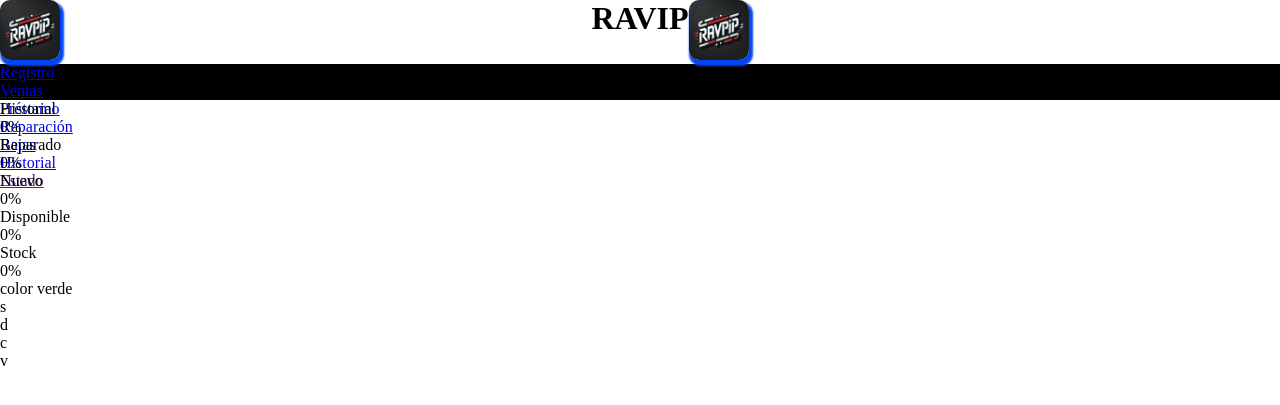
Repository: ye909/RAVPIP
Page: index.html
An editor plug-in stored every save of this project. The page is shown before and after the next save, followed by the edit.
The browser window is 1280 px wide. The pictures show the whole page.
The pointer rests on the first visible `li`.

Above is the page before, as saved 2025-04-03 12:17:32.

### index.html
<!DOCTYPE html>
<html lang="es">
<head>
    <meta charset="UTF-8">
    <meta name="viewport" content="width=device-width, initial-scale=1.0">
    <title>Estado</title>
    <link rel="stylesheet" href="./src/css/heder.css">
</head>
<body>

    <div class="containerTituloLogo">
        <div><img src="./src/imagenes/logo2.webp" alt="Logo" class="imglogo"></div>
        <div><h1>RAVIP</h1></div>
        <div><img src="./src/imagenes/logo2.webp" alt="Logo" class="imglogo"></div>
    </div>



        <!--
       <div> </div>
        <div><img src="./src/imagenes/logo2.webp" alt="Logo" class="imglogo"></div> -->

    <nav>
        <ul>
            <li><a href="./src/templei/registroPortatil.html" target="_self" aria-label="Abrir Registro">Registro</a></li>
            <li><a href="./src/templei/ventasPortatil.html" target="_self" aria-label="Abrir Ventas">Ventas</a></li>
            <li><a href="./src/templei/prestamoPortatil.html" target="_self" aria-label="Abrir >Préstamo">Préstamo</a></li>
            <li><a href="./src/templei/reparacionPortatil.html" target="_self" aria-label="Abrir Reparación">Reparación</a></li>
            <li><a href="./src/templei/bajasPortatil.html" target="_self" aria-label="Abrir Bajas">Bajas</a></li>
            <li><a href="./src/templei/historial.html" target="_self" aria-label="Abrir Historial">Historial</a></li>
            <li><a href="" id="itemEstado"target="_self" aria-label="Abrir Estado">Estado</a></li>
        </ul>
    </nav>

    <div class="containerProgreso" id="containerProgreso">
        <div class="subcontainerProgreso"><p id="contadorProgreso1"><span class="tituloProceso">Historial</span> <br> 0%</p></div>
        <div class="subcontainerProgreso"><p id="contadorProgreso2"><span class="tituloProceso">Reparado</span> <br> 0%</p></div>
        <div class="subcontainerProgreso"><p id="contadorProgreso3"><span class="tituloProceso">Nuevo</span> <br> 0%</p></div>
        <div class="subcontainerProgreso"><p id="contadorProgreso4"><span class="tituloProceso">Disponible</span> <br> 0%</p></div>
        <div class="subcontainerProgreso"><p id="contadorProgreso5"><span class="tituloProceso">Stock</span> <br> 0%</p></div>
    </div>

    <div>
        <aside>
<div>color verde</div>
<div>s</div>
<div>d</div>
<div>c</div>
<div></div>
<div>v</div>
        </aside>
    </div>
    <script src="./src/js/heder.js"></script>
</body>
</html>

### src/css/heder.css
*{
  margin: 0;
  padding: 0;
  background-attachment: fixed;
  background-size: cover;
}
.containerTituloLogo {
  display: flex;

  justify-content: space-between;
}
.containerTituloLogo h1 {
  font-size: clamp(2rem, 6vw ,2rem );
  text-align: center;
  flex-grow: 1;

}
.containerTituloLogo img{
width: min(60px, 100%);
border-radius:10px ;
box-shadow: 2px 4px 2px 2px rgb(3, 68, 247);
}
nav{
  background:black;
  height: 5vh;
}
/*


header {
    background-color: #f8f9fa;
    padding: 5px;
    border-bottom: 1px solid #dddddd;
    display: flex;
    flex-direction: column;
    align-items: center;
    gap: 10px;
}


.containerTituloLogo,.containerProgreso{
    display: flex;
    justify-content: center;
    align-items: center;
    gap: 20px;
    flex-wrap: wrap;
    width: 100%;
    padding: 20px;
}
.imglogo {
    object-fit: cover;
    width: 70px;
    height: auto;
    flex-shrink: 0;
    border-radius: 6px;
}

nav ul {
    display: flex;
    justify-content: center;
    gap: 15px;
    list-style: none;
    padding: 0;
    margin: 0;
    flex-wrap: wrap;
}

nav ul li {

    padding: 5px 10px;
    cursor: pointer;
}
a{
    text-decoration: none;
}
a:hover{
    border-bottom:black 2px solid;
}
.containerProgreso{


    display: none;
}

 .containerProgreso p {
    text-align: center;
    font-size: clamp(0.7rem, 7vw ,0.7rem );
    font-weight: bolder;
}

 .subcontainerProgreso{
    width: 4%;
    height: 7vh;
    background: rgb(254, 251, 251);
    padding: 10px;
    border-radius: 80px;
 box-shadow: 1px 1px 1px 1px black;
    border-top: 2px solid #0817f5;
    border-left: 2px solid #1bf806;
} */
<<<<<<< HEAD

  /* Estilo general
  body {
    font-family: 'Arial', sans-serif;
    background-color: #f4f4f4;
    color: #333;
  }

  Estilo de la cabecera
  header {
    background-color: #333;
    color: white;
    padding: 20px 0;
    display: flex;
    justify-content: space-between;
    align-items: center;
    padding: 10px 20px;
  }

  header .logo h1 {
    font-size: 30px;
  }

  header nav ul {
    list-style: none;
    display: flex;
    gap: 20px;
  }

  header nav ul li a {
    text-decoration: none;
    color: white;
    font-weight: bold;
  }

  Estilo de la sección de tarjetas
  .product-cards {
    padding: 50px 20px;
    text-align: center;
    background-color: #fff;
  }

  .product-cards h2 {
    margin-bottom: 30px;
    font-size: 28px;
  }

  .cards-container {
    display: grid;
    grid-template-columns: repeat(auto-fill, minmax(250px, 1fr));
    gap: 20px;
    justify-items: center;
  }

  .card {
    background-color: #fff;
    border-radius: 10px;
    box-shadow: 0 2px 10px rgba(0, 0, 0, 0.1);
    overflow: hidden;
    width: 300px;
    text-align: center;
    padding: 20px;
  }

  .card img {
    width: 100%;
    height: auto;
    border-radius: 10px;
  }

  .card h3 {
    margin: 15px 0;
    font-size: 22px;
  }

  .card p {
    font-size: 16px;
    margin-bottom: 20px;
  }

  .card button {
    background-color: #333;
    color: white;
    border: none;
    padding: 10px 20px;
    font-size: 16px;
    cursor: pointer;
    border-radius: 5px;
  }

  .card button:hover {
    background-color: #555;
  }

  /* Estilo de pie de página
  footer {
    background-color: #333;
    color: white;
    padding: 20px;
    text-align: center;
  }



.card img{
  object-fit: cover;
  width: min(100px,80%);
}
footer{
    display: flex;

}
.footer-content p {
    font-size: clamp(0.5m, 1vw, 0.6rem);
  }
=======

>>>>>>> alexcasa

### src/js/heder.js




// const itemEstado=document.getElementById('itemEstado');
// const containerProgreso=document.getElementById('containerProgreso');


// itemEstado.addEventListener('click',(e)=>{
//     e.preventDefault();
//     containerProgreso.style.display='inline';
//     containerProgreso.style.display='flex';
// });


// // Si deseas agregar una funcionalidad adicional como redirigir al usuario al hacer clic en los botones, puedes usar este código.

// const buttons = document.querySelectorAll('.card button');

// buttons.forEach(button => {
//   button.addEventListener('click', () => {
//     alert('Serás redirigido a la página del producto.');
//     // Aquí puedes redirigir al usuario a la página del producto
//     // window.location.href = 'producto.html'; // Por ejemplo
//   });
// });

After the next save:
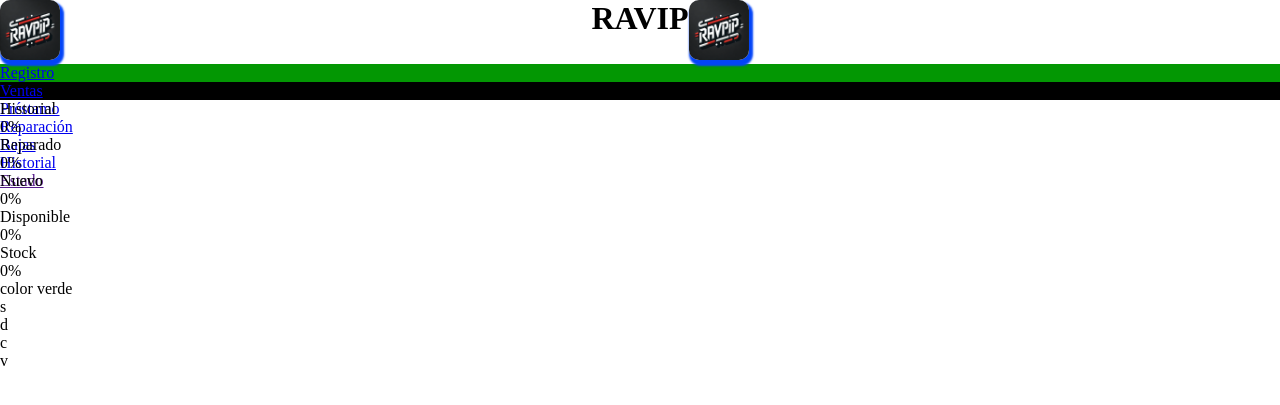
Saved 98 s later.
--- a/src/css/heder.css
+++ b/src/css/heder.css
@@ -23,6 +23,9 @@ box-shadow: 2px 4px 2px 2px rgb(3, 68, 247);
 nav{
   background:black;
   height: 5vh;
+}
+li:hover{
+  background:rgb(3, 151, 3);
 }
 /*
 
